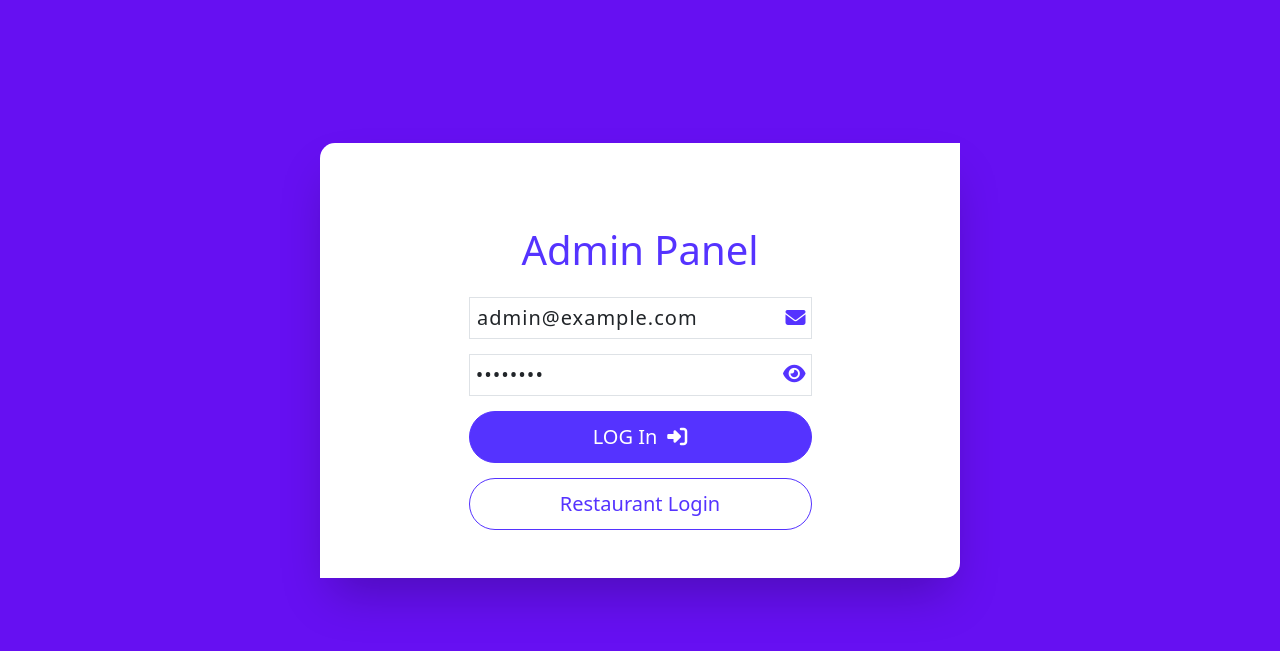
Repository: FlyweisReact/GopalAdminPanel
Page: /
These files come from the project's save history. The page is drawn as it stood at one moment and after a run of saves; the edit follows.
The browser window is 1280 px wide. The pictures show the whole page.
Some web libraries are served in a nearby version. The project was rebuilt for these pictures with package versions that can differ from the ones it lists, and the page was loaded fresh each time. Also part of the build but not shown: src/components/pages/Dashboard.jsx, src/vendorPanel/components/Auth.jsx, src/components/BaseUrl.jsx, src/components/pages/products/Products.jsx, src/components/pages/categories/Categories.jsx, src/components/pages/banner/Banner.jsx, src/components/pages/orders/Orders.jsx, src/components/pages/terms/Terms.jsx and 50 more. Imported but missing from the stored project, and not drawn on this page: src/components/layout/HOC.

Above is the page before, as saved 2023-04-03 13:03:25.

### public/index.html
<!DOCTYPE html>
<html lang="en">
  <head>
    <meta charset="utf-8" />
    <!-- <link rel="icon" href="%PUBLIC_URL%/favicon.png" /> -->
    <meta name="viewport" content="width=device-width, initial-scale=1" />
    <meta name="theme-color" content="#000000" />
    <meta
      name="description"
      content="Web site created using create-react-app"
    />
    <link rel="apple-touch-icon" href="%PUBLIC_URL%/favicon.ico?v=2" />

    <link rel="manifest" crossorigin="use-credentials" href="%PUBLIC_URL%/manifest.json" />
    <link href="https://fonts.googleapis.com/icon?family=Material+Icons" rel="stylesheet">
    <title>Direct Admin</title>
      <link rel="stylesheet" href="https://maxcdn.bootstrapcdn.com/bootstrap/3.4.1/css/bootstrap.min.css">
      <script src="https://ajax.googleapis.com/ajax/libs/jquery/3.6.0/jquery.min.js"></script>
      <script src="https://maxcdn.bootstrapcdn.com/bootstrap/3.4.1/js/bootstrap.min.js"></script>
      <script src="https://kit.fontawesome.com/d0cfefe1dc.js" crossorigin="anonymous"></script>
  </head>
  <body>
    <noscript>You need to enable JavaScript to run this app.</noscript>
    <div id="root"></div>
    <script src="https://code.jquery.com/jquery-3.6.0.min.js"></script>
    <script src="https://kit.fontawesome.com/b533b351e4.js" crossorigin="anonymous"></script>
  </body>
</html>

### src/index.js
import React from "react";
import ReactDOM from "react-dom/client";
import "./index.css";
import App from "./App";
import { BrowserRouter } from "react-router-dom";
import 'bootstrap/dist/css/bootstrap.min.css'

const root = ReactDOM.createRoot(document.getElementById("root"));
root.render(
  <React.StrictMode>
    <BrowserRouter>
      <App />
    </BrowserRouter>
  </React.StrictMode>
);

### src/index.css
/** @format */

@tailwind base;
@tailwind components;
@tailwind utilities;

body {
  margin: 0;
  font-family: -apple-system, BlinkMacSystemFont, "Segoe UI", "Roboto", "Oxygen",
    "Ubuntu", "Cantarell", "Fira Sans", "Droid Sans", "Helvetica Neue",
    sans-serif;
  -webkit-font-smoothing: antialiased;
  -moz-osx-font-smoothing: grayscale;
}

code {
  font-family: source-code-pro, Menlo, Monaco, Consolas, "Courier New",
    monospace;
}

/* Wcomponents */
.wcomp::-webkit-scrollbar {
  width: 0px;
}
::-webkit-scrollbar {
  width: 0px;
}

.cancel-pol h1 {
  text-align: center;
}

.cancel-pol p {
  margin-top: 200px;
  text-align: center;
  color: rgb(216, 48, 48);
}

.buttonClass {
  width: 100%;
  border-radius: 50px;
  padding: 10px;
  color: rgb(85, 51, 255);
  font-size: 20px;
  border: 1px solid rgb(85, 51, 255);
  transition: 0.5s;
}
.buttonClass:hover {
  color: #fff;
  background-color: rgb(85, 51, 255);
}
.buttonClass2 {
  width: 100%;
  border-radius: 50px;
  padding: 10px;
  color: #0d9488;
  font-size: 20px;
  border: 1px solid #0d9488;
  transition: 0.5s;
}
.buttonClass2:hover {
  color: #fff;
  background-color: #0d9488;
}
.button2 {
  background-color: rgb(85, 51, 255);
  width: 100%;
  border-radius: 50px;
  padding: 10px;
  color: #fff;
  font-size: 20px;
  border: 1px solid rgb(85, 51, 255);
  transition: 0.5s;
}
.button2:hover {
  color: rgb(85, 51, 255);
  background-color: #fff;
}
.button3 {
  background-color: #0d9488;
  width: 100%;
  border-radius: 50px;
  padding: 10px;
  color: #fff;
  font-size: 20px;
  border: 1px solid #0d9488;
  transition: 0.5s;
}
.button3:hover {
  color: #0d9488;
  background-color: #fff;
}

.main-cont {
  display: grid;
  grid-template-columns: auto auto auto;
  justify-content: space-evenly;
  gap: 20px;
  margin-top: 20px;
}
.main-cont div {
  width: 300px;
}

.centerModal{
  position: absolute;
  top: 50%;
  left: 50%;
  transform: translate(-50%, -50%);
  width: 500px;
  height: 300px;
  background-color: #fff;
  box-shadow: rgba(0, 0, 0, 0.35) 0px 5px 15px;
  color: #000;
  padding: 20px;
}
.centerModal div p {
  font-size: 16px;
}
.centerModal div input {
  width: 100%;
  border: 1px solid black;
  padding: 10px;
  font-size: 14px;
  outline: none;
}
.centerModal div select {
  width: 100%;
  border: 1px solid black;
  padding: 10px;
  font-size: 14px;
  margin-top: 10px;
  outline: none;
}
.centerModal button{
  font-size: 16px;
  margin-top: 20px;
}

### src/App.js
import { Routes, Route } from "react-router-dom";
import Login from "./components/forms/Login";
import Dashboard from "./components/pages/Dashboard";
import { ToastContainer } from "react-toastify";
import "react-toastify/dist/ReactToastify.css";
import Products from "./components/pages/products/Products";
import Categories from "./components/pages/categories/Categories";
import Banner from "./components/pages/banner/Banner";
import Orders from "./components/pages/orders/Orders";
import Terms from "./components/pages/terms/Terms";
import Privacy from "./components/pages/privacyPolicy/Privacy";
import Support from "./components/pages/support/Support";
import Wishlist from "./components/pages/wishlist/Wishlist";
import AddProduct from "./components/pages/products/AddProduct";
import VendorLogin from "./vendorPanel/components/forms/VendorLogin.jsx";
import VendorProducts from "./vendorPanel/components/pages/products/VendorProducts";
import VendorCategories from "./vendorPanel/components/pages/categories/VendorCategories";
import VendorOrders from "./vendorPanel/components/pages/orders/VendorOrders";
import VendorSupport from "./vendorPanel/components/pages/support/VendorSupport";
import Commission from "./vendorPanel/components/pages/commission/Commission";
import VendorReports from "./vendorPanel/components/pages/reports/VendorReports";
import VendorComplaints from "./vendorPanel/components/pages/complaints/VendorComplaints";
import VendorComments from "./vendorPanel/components/pages/comments/VendorComments";
import VendorTransactions from "./vendorPanel/components/pages/transactions/VendorTransactions";
import VendorUsers from "./vendorPanel/components/pages/users/VendorUsers";
import VendorDashboard from "./vendorPanel/components/pages/VendorDashboard";
import VendorPrivacy from "./vendorPanel/components/pages/privacyPolicy/VendorPrivacy";
import VendorFavorites from "./components/pages/favorites/VendorFavorites";
import CouponsDiscount from "./vendorPanel/components/pages/couponsDiscount/CouponsDiscount";
import Forgot from "./components/forms/Forgot";
import Vendors from "./components/pages/vendors/Vendors";
import VerifyOtp from "./components/forms/VerifyOtp";
import VendorAddProduct from "./vendorPanel/components/pages/products/VendorAddProduct";
import VendorViewProduct from "./vendorPanel/components/pages/products/VendorViewProduct";
import Payment2 from "./components/pages/paymentGateway/payment2";
import Payment3 from "./components/pages/paymentGateway/payment3";
import Notification from "./components/pages/notifications";
import Setting from "./components/pages/setting/Setting";
import Coupon from "./components/pages/coupons/Coupon";
import Signup from "./components/pages/SignUP/Signup";
import Profile from "./components/pages/profileUpdate/Profile";
import Restaurant from "./components/pages/Restaurant/Restaurant";
import Restaurantby from "./components/pages/Restaurant/Restaurantby";
import Dishes from "./components/pages/Dishes/Dishes";
import AboutUs from "./components/pages/aboutus/AboutUs";
import Users from "./components/pages/users/Users";
import ViewOrder from "./components/pages/orders/ViewOrder";
import UserTransactions from "./components/pages/orders/UserTransactions";
import PlanType from "./vendorPanel/components/pages/planType";
import MealType from "./vendorPanel/components/pages/mealType";
import VendorDishes from "./vendorPanel/components/pages/vendorDishes";
import VendorNotification from "./vendorPanel/components/pages/vendorNotification";
import CateringServices from "./components/pages/cateringServices";
import DeliveryAgents from "./components/pages/deliveryAgents";
import AdminBanner from "./components/pages/AdminBanner";
import AdminMeal from "./components/pages/AdminMeal";

function App() {

  return (
    <>
      <ToastContainer />

      <Routes>
        <Route path="/" element={<Login />} />
        <Route path="/admin/banner" element={<AdminBanner />} />
        <Route path="/dashboard" element={<Dashboard />} />
        <Route path="/orders" element={<Orders />} />
        <Route path="/admin/meals" element={<AdminMeal />} />
        <Route path="/dishes" element={<Dishes />} />
        <Route path="/payment" element={<Payment2 />} />
        <Route path="/banners" element={<Banner />} />
        <Route path="/setting" element={<Setting />} />
        <Route path="/notifications" element={<Notification />} />
        <Route path="/deliveryAgents" element={<DeliveryAgents />} />






        <Route path="/forgotPassword" element={<Forgot />} />
        <Route path="/verifyOtp" element={<VerifyOtp />} />
        <Route path="/vendors" element={<Vendors />} />
        <Route path="/products" element={<Products />} />
        <Route path="/:id/categories" element={<Categories />} />
        <Route path="/terms" element={<Terms />} />
        <Route path="/privacyPolicy" element={<Privacy />} />
        <Route path="/support" element={<Support />} />
        <Route path="/wishlist" element={<Wishlist />} />
        <Route path="/addProduct" element={<AddProduct />} />
        <Route path="/payment-3" element={<Payment3 />} />
        <Route path="/restaurant/:id/coupons" element={<Coupon />} />
        <Route path="/signup" element={<Signup />} />
        <Route path="/profile" element={<Profile />} />
        <Route path="/restaurants" element={<Restaurant />} />
        <Route path="/Restaurantby/:id" element={<Restaurantby />} />
        <Route path="/:id/dishes" element={<Dishes />} />
        <Route path="/about-us" element={<AboutUs />} />
        <Route path="/users" element={<Users />} />
        <Route path="/vieworder/:id" element={<ViewOrder />} />
        <Route path="/usertransactions/:id" element={<UserTransactions />} />



         {/* /restaurant/:id/coupons */}

        {/* ---------------Vendor Panel----------------------- */}
        <Route path="/vendorLogin" element={<VendorLogin />} />
        <Route path="/vendorDashboard" element={<VendorDashboard />} />
        <Route path="/vendorCoupons" element={<CouponsDiscount />} />


        <Route path="/vendorProducts" element={<VendorProducts />} />
        <Route path="/vendorViewProduct/:id" element={<VendorViewProduct />} />
        <Route path="/vendorAddProduct" element={<VendorAddProduct />} />
        <Route path="/vendorCategories" element={<VendorCategories />} />
        <Route path="/vendorOrders" element={<VendorOrders />} />
        <Route path="/vendorSupport" element={<VendorSupport />} />
        <Route path="/commission" element={<Commission />} />
        <Route path="/vendorReports" element={<VendorReports />} />
        <Route path="/vendorComplaints" element={<VendorComplaints />} />
        <Route path="/vendorComments" element={<VendorComments />} />
        <Route path="/vendorTransactions" element={<VendorTransactions />} />
        <Route path="/vendorUsers" element={<VendorUsers />} />
        <Route path="/vendorPrivacy" element={<VendorPrivacy />} />
        <Route path="/vendorFavorites" element={<VendorFavorites />} />
        <Route path="/vendorCommission" element={<Commission />} />
        <Route path="/vendorPlanType" element={<PlanType />} />
        <Route path="/vendorMealType" element={<MealType />} />
        <Route path="/vendorDishes" element={<VendorDishes />} />
        <Route path="/vendorNotification" element={<VendorNotification />} />
        <Route path="/cateringServices" element={<CateringServices />} />
      </Routes>
    </>
  );
}

export default App;

### src/components/forms/Login.jsx
/** @format */

import React, { useState } from "react";
import { Formik, Form, Field } from "formik";
import axios from "axios";
import { useNavigate } from "react-router-dom";
import { toast } from "react-toastify";
import { Oval } from "react-loader-spinner";
import { Alert } from "react-bootstrap";

const Login = () => {
  const [pass, setPass] = useState(false);
  const [inputpass, setInputpass] = useState(false);
  const navigate = useNavigate();
  const [loading, setLoading] = useState(false);
  const [ error , setError ] = useState(false)

  const login = async (values) => {
    setLoading(true);
    const url =
      "https://b7w3czz0m2.execute-api.ap-south-1.amazonaws.com/development/api/admin/login";

    try {
      const res = await axios.post(url, values);
      localStorage.setItem("direct", res.data.token);
      setLoading(false);
      navigate("/dashboard");
      toast.success("Welcome");
    } catch (err) {
      setError(true)
      console.log(err);
      setLoading(false);
    }
  };

  return (
    <>
      <div className="w-full h-screen flex flex-col justify-center items-center " style={{backgroundColor : '#6610f2'}}>
        <Formik
          initialValues={{
            email: "admin@example.com",
            password: "test1234",
          }}
          onSubmit={(values) => {
            login(values);
          }}
        >
          <Form className="shadow-2xl w-96 mx-3 sm:mx-0 sm:w-4/5 md:w-4/6 lg:w-4/5 xl:w-1/2 flex flex-col items-center bg-white p-5 md:py-10 rounded-tl-3xl rounded-br-3xl">
          <Alert>No Admin exists with the provided Email  </Alert>
            <span
              className=" text-center text-[rgb(85, 51, 255)]"
              style={{ fontSize: "4rem", color: "rgb(85, 51, 255)" }}
            >
              Admin Panel
            </span>
            <section className="py-7 space-y-6">
              <div
                className="sm:w-96 border border-[rgb(240,72,88)] space-x-4 flex items-center w-64  p-2"
                style={{ width: "100%" }}
              >
                <Field
                  type="email"
                  placeholder="username@gmail.com"
                  name="email"
                  required
                  className="outline-none px-1  bg-transparent tracking-wider w-full"
                  style={{ fontSize: "20px" }}
                />
                <i
                  className="fa-sharp fa-solid fa-envelope"
                  style={{ fontSize: "20px", color: "rgb(85, 51, 255)" }}
                ></i>
              </div>
              <div
                className="sm:w-96 border border-[rgb(240,72,88)] space-x-4 flex items-center w-64  p-2 "
                style={{ width: "100%" }}
              >
                <Field
                  type={inputpass ? "text" : "password"}
                  placeholder="password"
                  name="password"
                  required
                  className="outline-none px-0.5  bg-transparent tracking-wider w-full"
                  style={{ fontSize: "20px" }}
                />

                <span
                  onClick={() => {
                    setPass(!pass);
                    setInputpass(!inputpass);
                  }}
                  className="text-xl cursor-pointer hover:scale-90 "
                >
                  {pass ? (
                    <i
                      className="fa-sharp fa-solid fa-eye-slash"
                      style={{ fontSize: "20px", color: "rgb(85, 51, 255)" }}
                    ></i>
                  ) : (
                    <i
                      className="fa-solid fa-eye"
                      style={{ fontSize: "20px", color: "rgb(85, 51, 255)" }}
                    ></i>
                  )}
                </span>
              </div>
              <button type="submit" className="button2">
                {loading ? (
                  <Oval height={30} secondaryColor="black" color="black" />
                ) : (
                  <div
                    style={{
                      display: "flex",
                      alignItems: "center",
                      justifyContent: "center",
                      gap: "10px",
                    }}
                  >
                    <span>LOG In</span>
                    <i
                      className="fa-solid fa-right-to-bracket"
                      style={{ color: "#fff", fontSize: "20px" }}
                    ></i>
                  </div>
                )}
              </button>
              <button
                type="button"
                onClick={() => navigate("/vendorLogin")}
                className="buttonClass"
              >
                Restaurant Login
              </button>
            </section>
          </Form>
        </Formik>
      </div>
    </>
  );
};

export default Login;

Loaded but not shown: tailwind.config.js (common file)

After the next 3 saves:
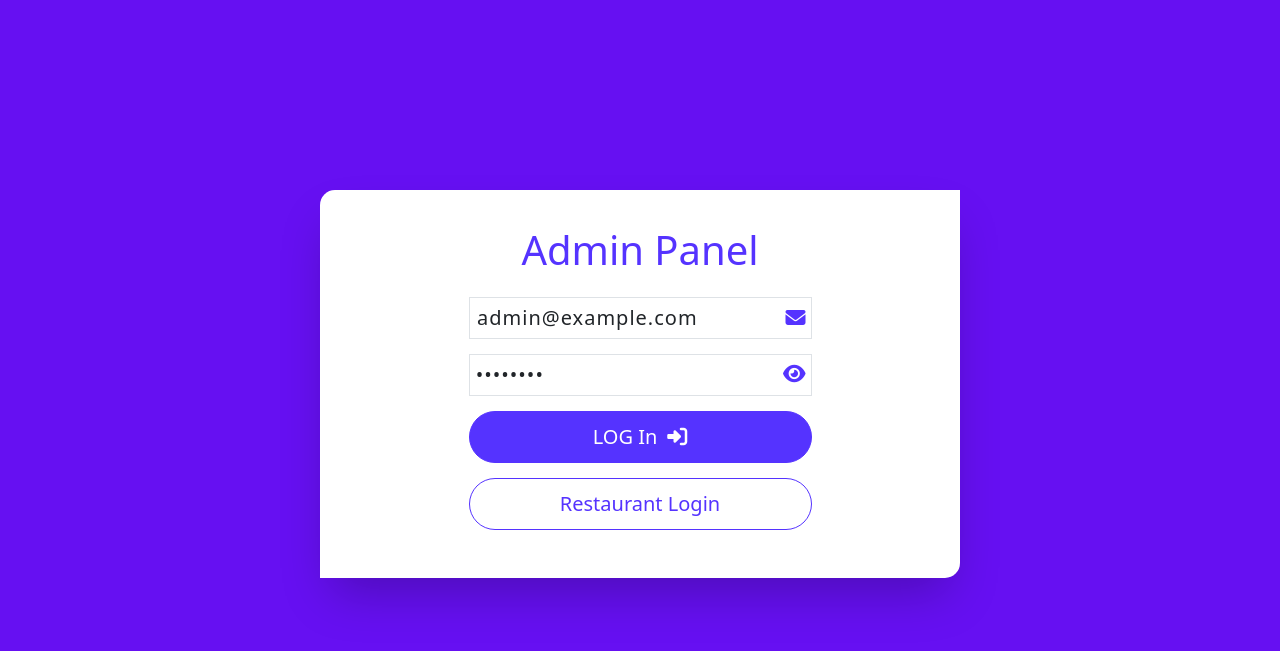
The 3 saves are shown as one change because they came seconds apart.
The last was saved 14 s later.
--- a/src/components/forms/Login.jsx
+++ b/src/components/forms/Login.jsx
@@ -36,6 +36,7 @@ const Login = () => {
   return (
     <>
       <div className="w-full h-screen flex flex-col justify-center items-center " style={{backgroundColor : '#6610f2'}}>
+      <Alert >No Admin exists with the provided Email  </Alert>
         <Formik
           initialValues={{
             email: "admin@example.com",
@@ -46,7 +47,7 @@ const Login = () => {
           }}
         >
           <Form className="shadow-2xl w-96 mx-3 sm:mx-0 sm:w-4/5 md:w-4/6 lg:w-4/5 xl:w-1/2 flex flex-col items-center bg-white p-5 md:py-10 rounded-tl-3xl rounded-br-3xl">
-          <Alert>No Admin exists with the provided Email  </Alert>
+
             <span
               className=" text-center text-[rgb(85, 51, 255)]"
               style={{ fontSize: "4rem", color: "rgb(85, 51, 255)" }}
